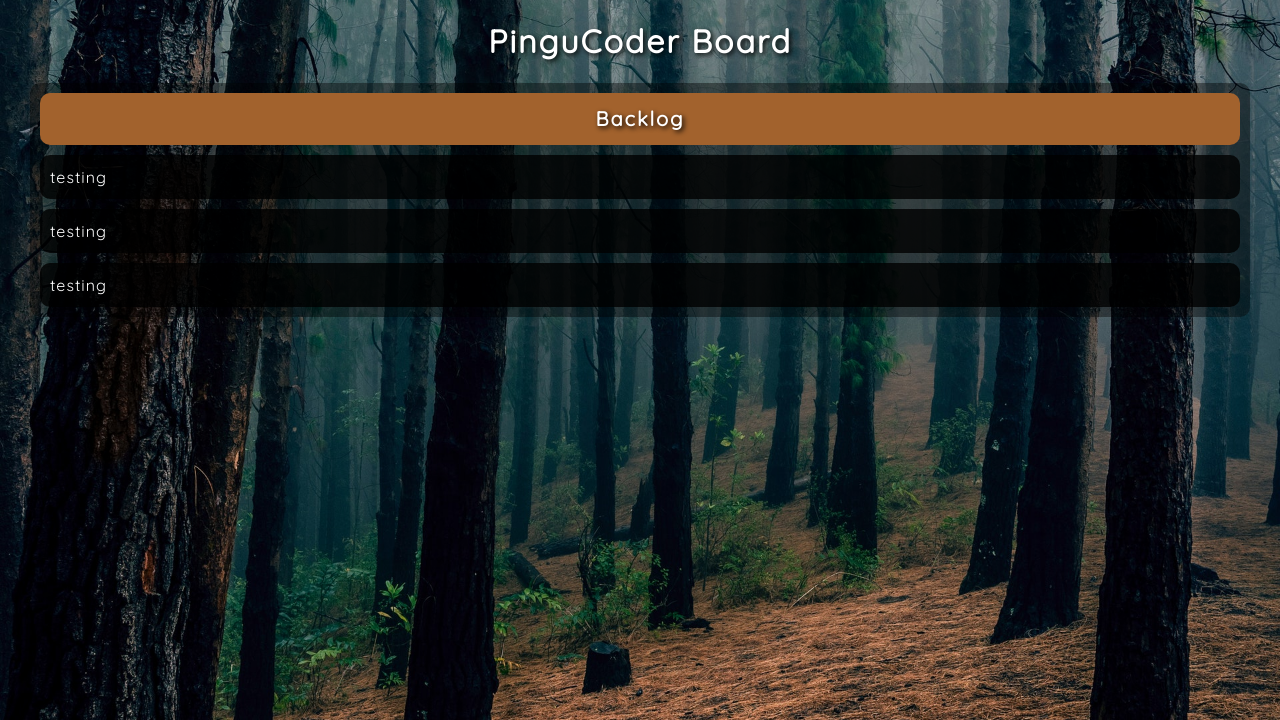
Repository: chanwarichawki/6Drag-And-Drop
Page: index.html
An editor plug-in stored every save of this project. The page is shown before and after a run of saves, followed by the edit.
The browser window is 1280 px wide. The pictures show the whole page.

Above is the page before, as saved 2023-12-25 18:40:26.

After the next 3 saves:
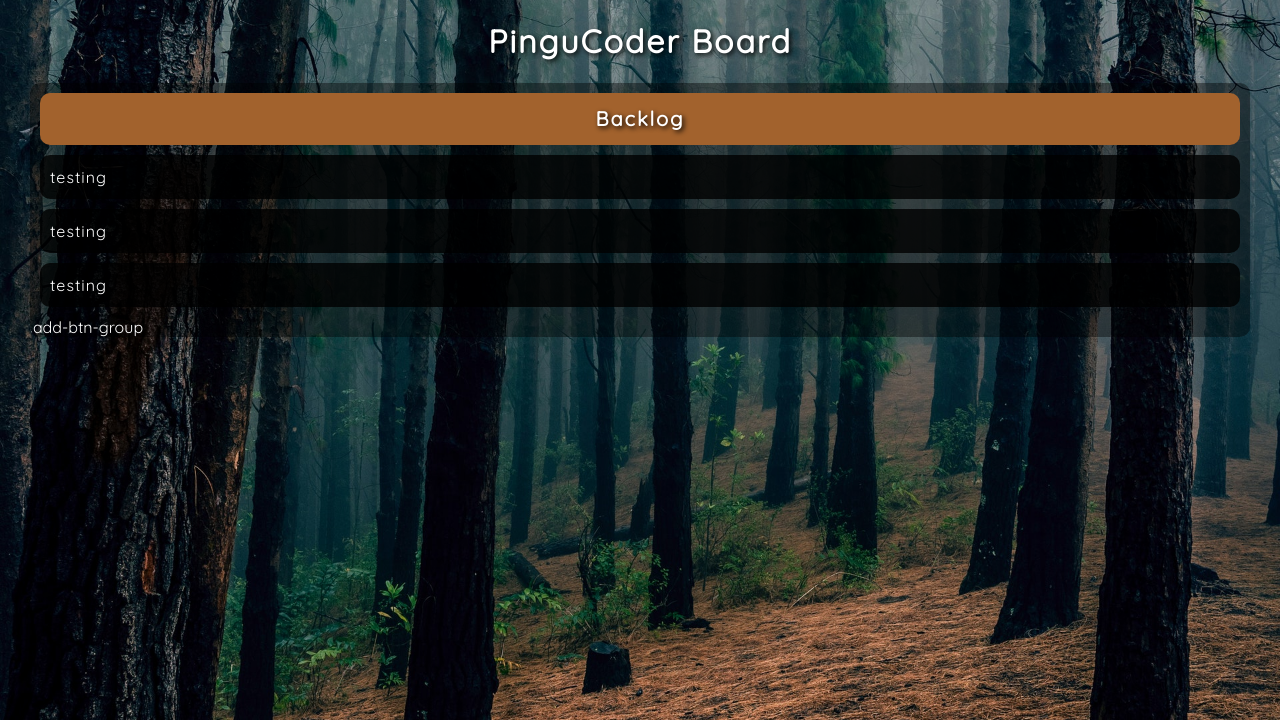
The 3 saves are shown as one change because they came seconds apart.
The last was saved 10 s later.
--- a/index.html
+++ b/index.html
@@ -25,7 +25,7 @@
           </ul>
         </div>
         <!-- add button group -->
-
+        .add-btn-group
 
       </li>
       </ul>
